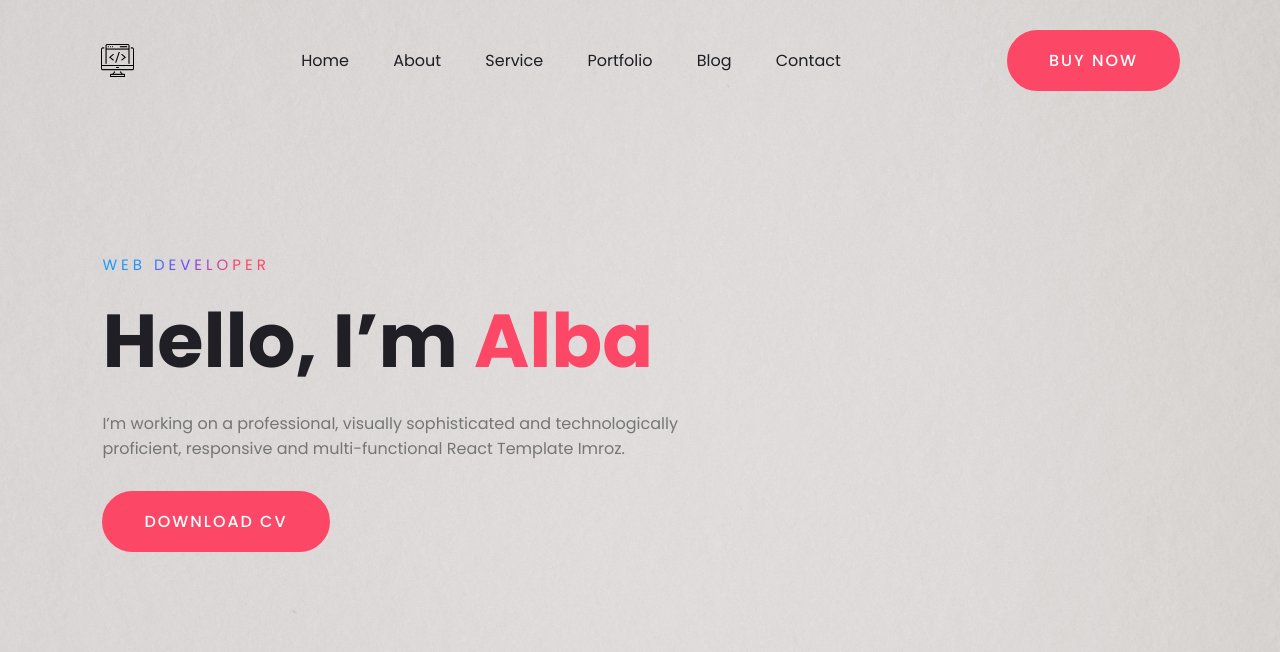
Repository: pilar122/port
Page: index.html
These files come from the project's save history. The page is drawn as it stood at one moment and after the next save; the edit follows.
The browser window is 1280 px wide. The pictures show the whole page.

Above is the page before, as saved 2022-01-29 11:59:21.

### index.html
<!DOCTYPE html>
<html lang="en">
<head>
    <meta charset="UTF-8">
    <title>Personal Portfolio Website</title>
    <!----CSS link----->
    <link rel="stylesheet" href="style.css">
</head>
<body>
    <div class="hero">
        <nav>
            <img src="./img/coding.png" class="logo">
            <ul>
                <li><a href="#">Home</a></li>
                <li><a href="#">About</a></li>
                <li><a href="#">Service</a></li>
                <li><a href="#">Portfolio</a></li>
                <li><a href="#">Blog</a></li>
                <li><a href="#">Contact</a></li>
            </ul>
            <a href="#" class="btn">Buy Now</a>
        </nav>
        <div class="content">
            <span class="title">Web Developer</span>
            <h1>Hello, I’m <span>Alba</span></h1>
            <p>I’m working on a professional, visually sophisticated and technologically proficient, responsive and multi-functional React Template Imroz.</p>
            <a href="https://docs.google.com/document/d/1-5NqQs53X55snoyWaPBF-iuk-xL4VE2I0psmDuApD5Q/edit?usp=sharing" class="btn">Download CV</a>
        </div>
    </div>
</body>
</html>

### style.css
@import url('https://fonts.googleapis.com/css2?family=Poppins:wght@400;500;600;700&display=swap');
*{
    margin: 0;
    padding: 0;
    box-sizing: border-box;
    font-family: 'Poppins', sans-serif;
}
a{
    text-decoration: none;
}
.hero{
    width: 100%;
    height: 100vh;
    background: url(img/bg1.jpg);
    background-size: cover;
}
nav{
    display: flex;
    align-items: center;
    justify-content: space-between;
    padding: 30px 100px;
}
.logo{
    max-height: 35px;
}
nav ul li{
    list-style: none;
    display: inline-block;
    padding: 10px 20px;
}
nav ul li a{
    color: #1d1d24;
    position: relative;
    padding: 5px 0;
}
nav ul li a:hover{
    color: #fd4766;
}
nav ul li a:after{
    content: "";
    position: absolute;
    left: 0;
    width: 0;
    height: 3px;
    background: #fd4766;
    transition: .3s;
    bottom: 0;
}
nav ul li a:hover:after{
    width: 100%;
}
.btn{
    color: #fff;
    font-size: 16px;
    text-transform: uppercase;
    letter-spacing: 2px;
    padding: 16px 40px;
    border-radius: 500px;
    display: inline-block;
    font-weight: 500;
    transition: all .4s ease-in-out;
    background-size: 152% 100%;
    background: #fd4766;
    border: 2px solid #fd4766;
}
.btn:hover{
    background: transparent;
    border-color: #fd4766;
    color: #fd4766;
}
.content{
    position: absolute;
    top: 35%;
    left: 8%;
}
.content .title{
    color: #1f1f25;
    font-size: 15px;
    text-transform: uppercase;
    letter-spacing: 4px;
    display: inline-block;
    margin-bottom: 20px;
    background: linear-gradient(120deg, #1c99fe 20.69%, #7644ff 50.19%,#fd4766 79.69%);
    -webkit-background-clip: text;
    -webkit-text-fill-color: transparent;
}
.content h1{
    color: #1f1f25;
    font-size: 75px;
    font-weight: 900;
    line-height: 90px;
    text-transform: inherit;
    width: 70%;
}
.content h1 span{
    color: #fd4766;
}
.content p{
    width: 55%;
    color: #757575;
    margin-top: 25px;
    margin-bottom: 30px;
}

After the next save:
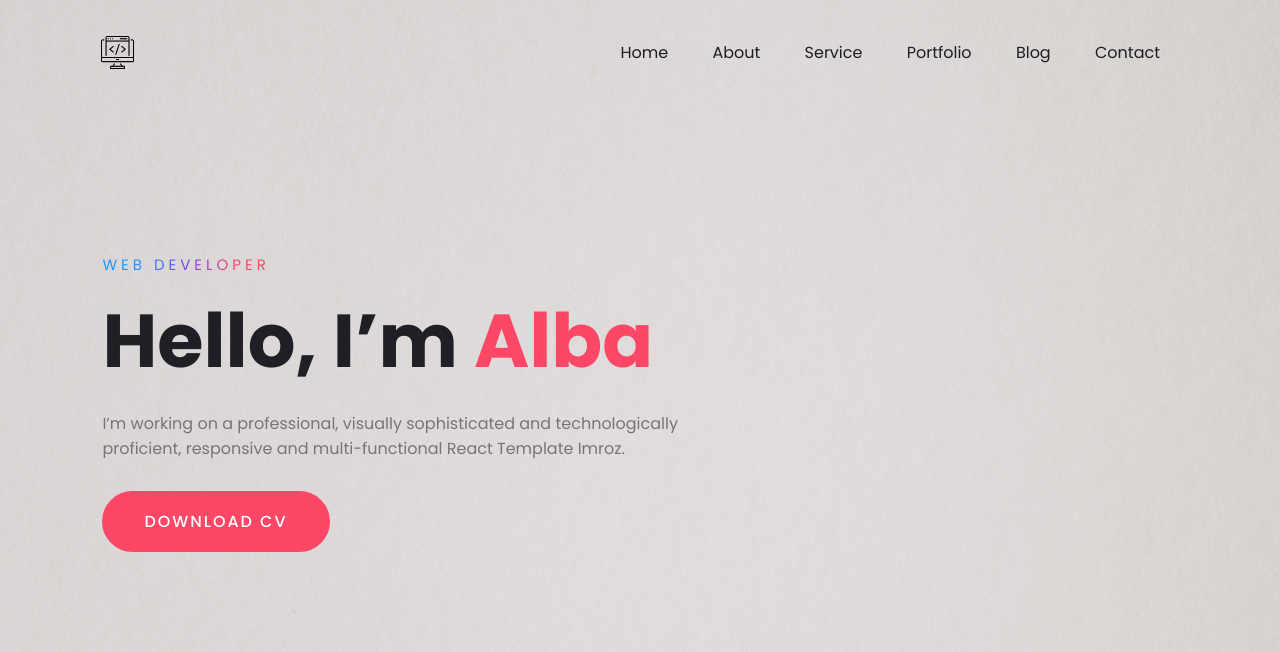
Saved 2 min 38 s later.
--- a/index.html
+++ b/index.html
@@ -18,7 +18,7 @@
                 <li><a href="#">Blog</a></li>
                 <li><a href="#">Contact</a></li>
             </ul>
-            <a href="#" class="btn">Buy Now</a>
+
         </nav>
         <div class="content">
             <span class="title">Web Developer</span>
